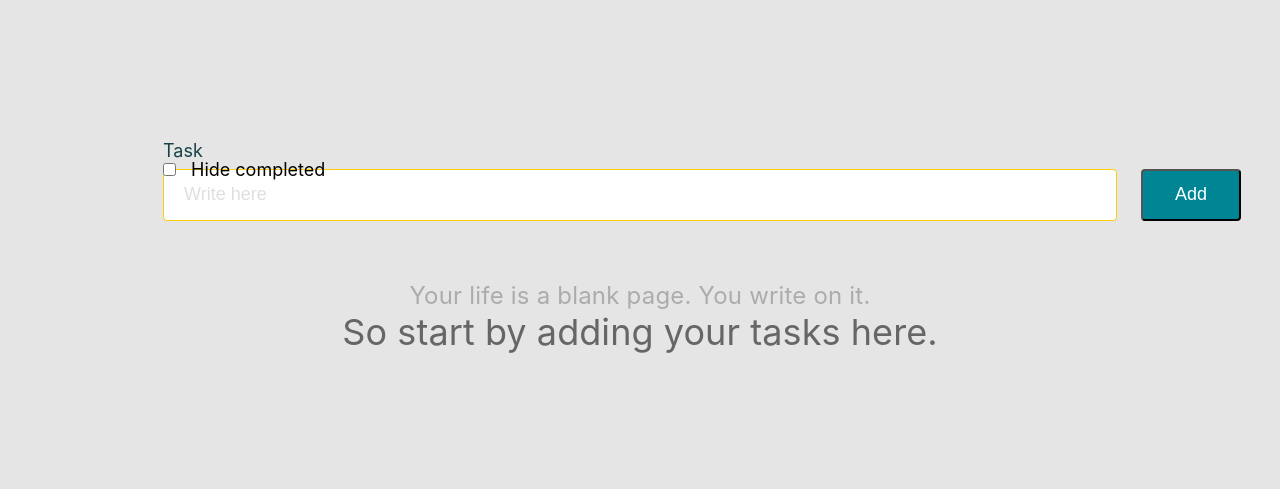
Repository: ArusyakAghajanyan/ToDoMamble
Page: /
An editor plug-in stored every save of this project. The page is shown before and after the next save, followed by the edit.
The browser window is 1280 px wide. The pictures show the whole page.
The project was rebuilt for these pictures with package versions that can differ from the ones it lists, and the page was loaded fresh each time. Also part of the build but not shown: src/components/toDoItem.css, src/components/ToDoItem.jsx, src/components/confirm.css, src/components/Confirm.jsx.

Above is the page before, as saved 2022-05-25 14:26:57.

After the next save:
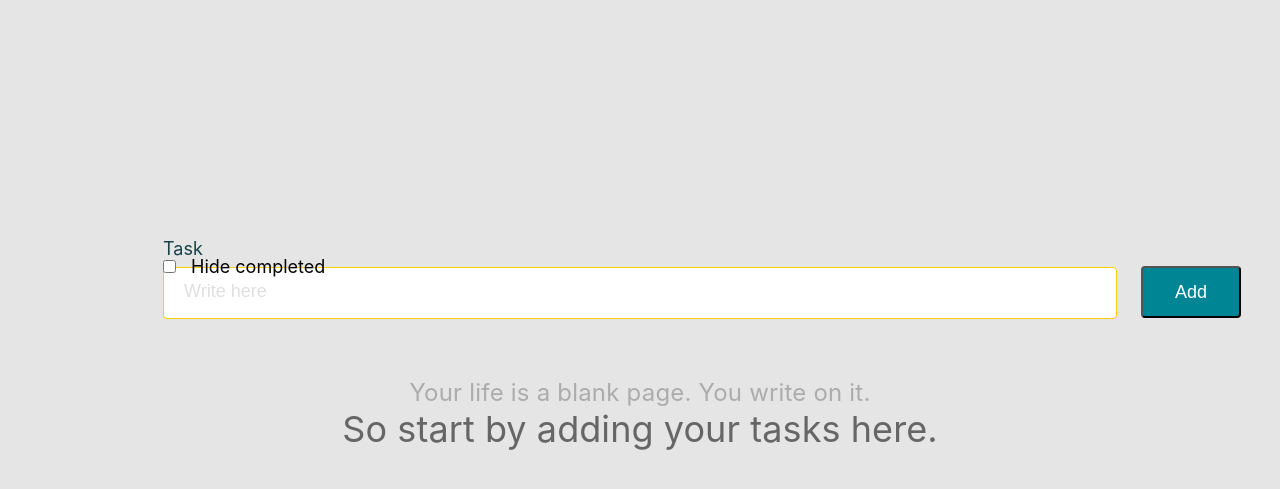
Saved 4 min 1 s later.
--- a/src/App.css
+++ b/src/App.css
@@ -22,7 +22,7 @@
 }
 
 .checkContainer{
-  position: absolute;
+  /* position: absolute; */
 display: flex;
 flex-direction: column;
 
